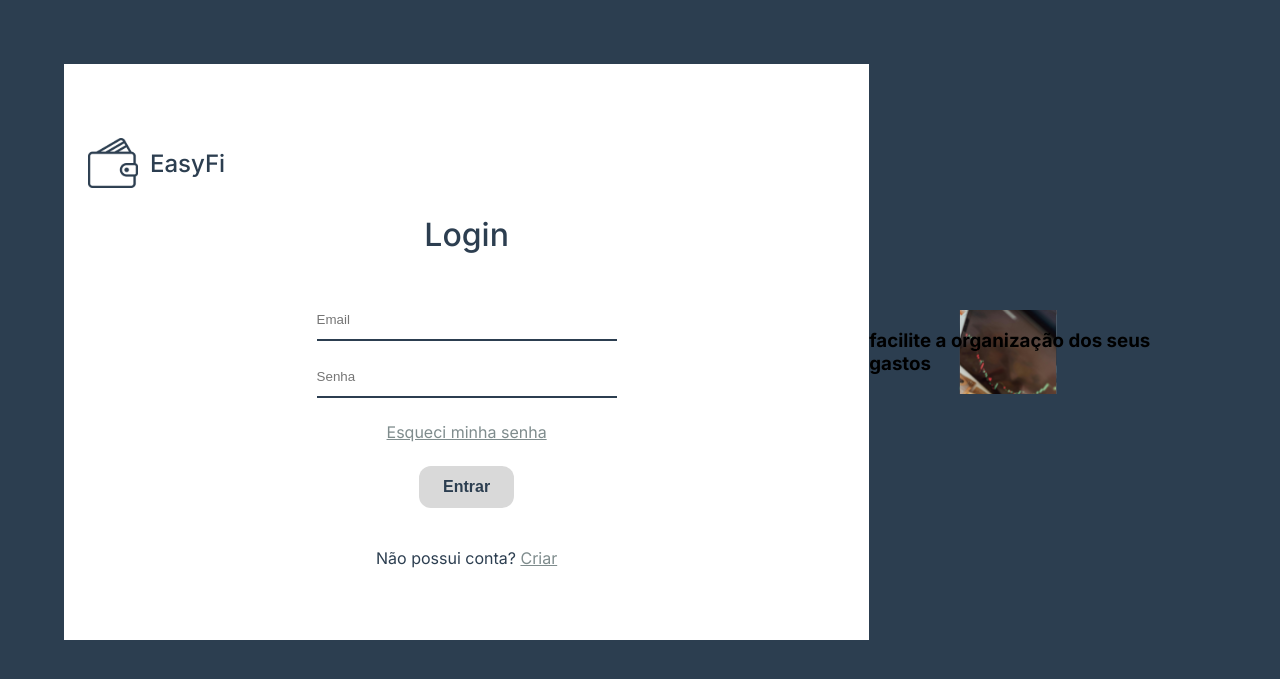
Repository: Ingridiag/projeto-engenharia
Page: login.html
An editor plug-in stored every save of this project. The page is shown before and after the next save, followed by the edit.
The browser window is 1280 px wide. The pictures show the whole page.

Above is the page before, as saved 2024-10-28 17:06:51.

### login.html
<!DOCTYPE html>
<html lang="pt">

<head>
    <meta charset="UTF-8">
    <meta name="viewport" content="width=device-width, initial-scale=1.0">
    <link rel="preconnect" href="https://fonts.googleapis.com">
<link rel="preconnect" href="https://fonts.gstatic.com" crossorigin>
<link href="https://fonts.googleapis.com/css2?family=Inter:ital,opsz,wght@0,14..32,100..900;1,14..32,100..900&display=swap"
rel="stylesheet">
    <link rel="stylesheet" href="style.css">
    <title>Login</title>
</head>

<body>
    <div class="container">

        <!-- Tela Login -->
        <div class="login">
            <div class="primeira-coluna">
                <div class="logo">
                    <img src="imagens/logo-azul 1.svg" alt="logo">
                    <h1>EasyFi</h1>
                </div>
                <div class="formulario">
                    <h1 class="title">Login</h1>
                    <form >
                        <input type="email" placeholder="Email">
                        <input type="password" placeholder="Senha">
                    </form>
                    <div class="uses">
                        <a href="#" class="link">Esqueci minha senha</a>

                    </div>
                    <div class="btn-default">
                        <button>
                            Entrar
                        </button>
                    </div>
                    <div >
                        <p>Não possui conta?
                            <span>
                                <a href="#" class="link">Criar</a>
                            </span>
                        </p>
                    </div>
                </div>
            </div>
            <div class="decor">
                <h3 class="mensagem">
                    facilite a organização dos seus gastos
                </h3>

            </div>
        </div>



        <div class="cadastro">
            <!-- Tela Cadastro -->
            <div class="decor">
                <h3 class="mensagem">
                    facilite a organização dos seus gastos
                </h3>
            </div>

            <div class="primeira-coluna">
                <div class="logo">
                    <img src="imagens/logo-azul 1.svg" alt="logo">
                    <h1>EasyFi</h1>
                </div>
                <div class="formulario">
                    <h1 class="title">Criar Conta</h1>
                    <form >
                        <input type="text" placeholder="Nome">
                        <input type="email" placeholder="Email">
                        <input type="password" placeholder="Senha">
                        <input type="password" placeholder=" Confirmar senha">
                    </form>
                    <div>
                        <a href="#" class="link">Esqueci minha senha</a>

                    </div>
                    <div class="btn-default">
                        <button>
                            Entrar
                        </button>
                    </div>
                    <div class="uses">
                        <p>Já possui conta?
                            <span>
                                <a href="#" class="link">Login</a>
                            </span>
                        </p>
                    </div>
                </div>
            </div>
        </div>


    </div>

</body>

</html>

### style.css
body {
    margin: 0;
    padding: 0;
    box-sizing: border-box;
    background: #2C3E50;
    font-family: "Inter", sans-serif;
}

.container {
    display: flex;
    justify-content: center;
    align-items: center;
    margin: 0 auto;
    padding: 5%;
}

.login {
    width: 100%;
    height: 80vh;

    display: flex;
    align-items: center;
    justify-content: space-between;
}

.primeira-coluna {
    width: 70%;
    height: 100%;
    display: flex;
    flex-direction: column;
    justify-content: center;
    background: #fff;
}

.logo {
    display: flex;
    gap: 12px;
    align-items: center;
    padding: 12px 24px 0;
    color: #2C3E50;

    h1 {
        font-size: 24px;
        font-weight: 500;
    }
    img{
        width: 50px;

    }

}

.formulario {
    display: flex;
    flex-direction: column;
    align-items: center;
    gap: 24px;
    color: #2C3E50;
    h1{
        font-weight: 500;}
}

.formulario form {
    display: flex;
    flex-direction: column;
    gap: 16px;
}

.formulario form input {
    width: 300px;
    padding: 12px 0px;
    background: none;
    border: none;
    border-bottom: 2px solid #2C3E50;
    outline: none;
    color: #2C3E50;

}

.formulario a {
    color: #7F8C8D;
}

.btn-default button {
    background: #D9D9D9;
    border: none;
    border-radius: 12px;
    padding: 12px 24px;
    font-size: 16px;
    transition: 0.2s ease;
    cursor: pointer;
    color: #2C3E50;
    font-weight: 600;
}

.btn-default button:hover {
    background: #F4EEEE;
    color: #577695;
    transform: scale(1.1);
}
.decor{
  /* width: 40%;
  height: 80vh; */
  background-image: url( imagens/imagem_background.svg);
  background-size: 80% 200%;
}

.cadastro {
    display: none;
    flex-direction: column;
    position: relative;
}

After the next save:
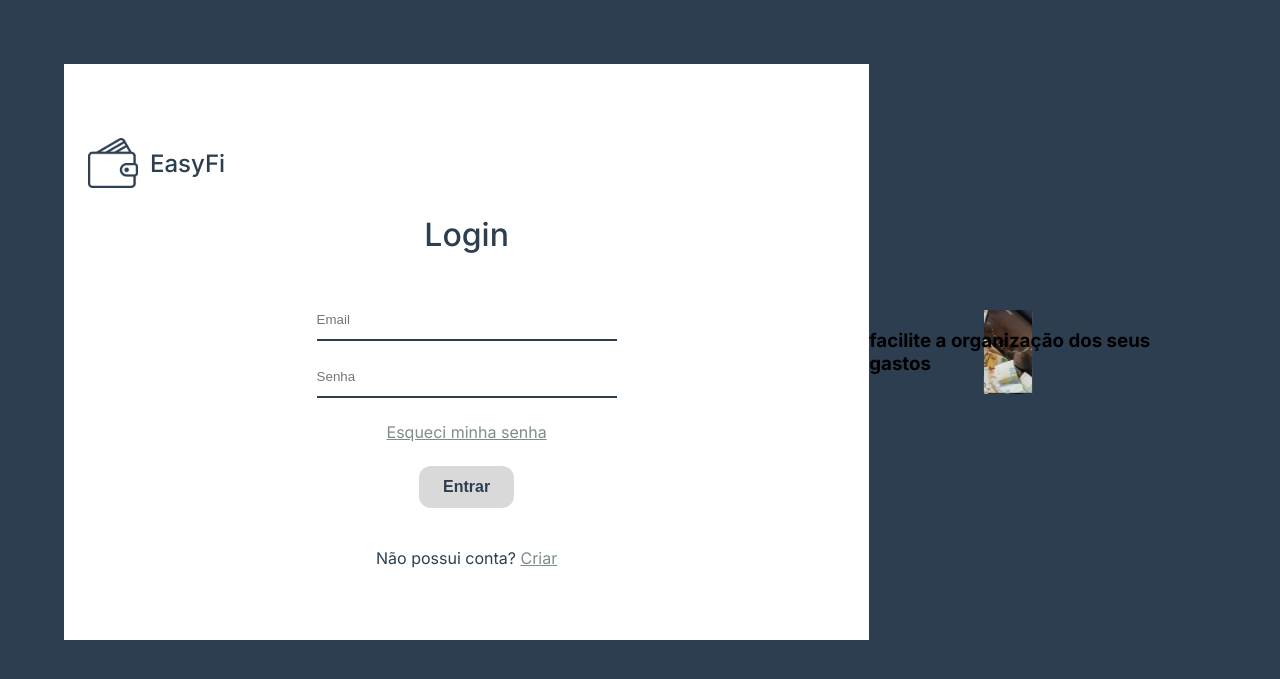
Saved 13 s later.
--- a/style.css
+++ b/style.css
@@ -102,7 +102,7 @@ body {
   /* width: 40%;
   height: 80vh; */
   background-image: url( imagens/imagem_background.svg);
-  background-size: 80% 200%;
+  background-size: 80% 100%;
 }
 
 .cadastro {
